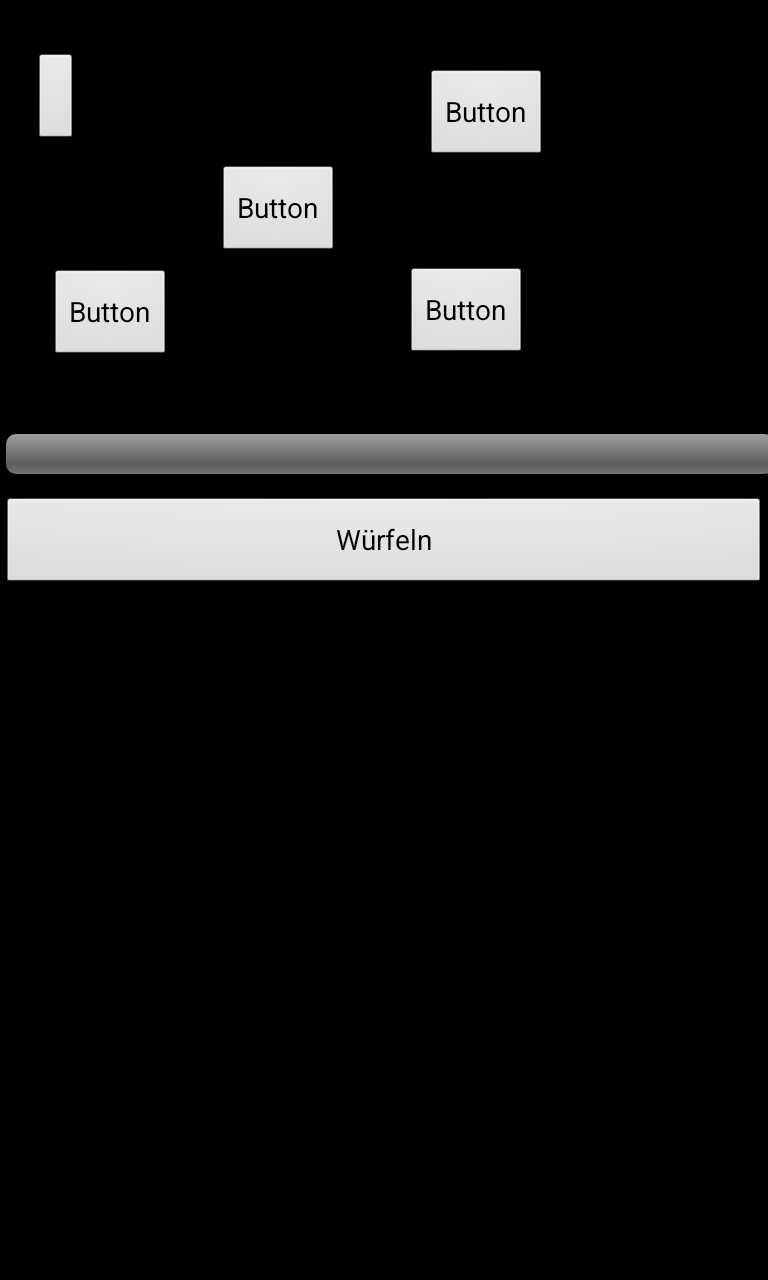
Repository: Lemkerene/App
Layout: kniffel/res/layout/wurfel.xml
The author's editor kept a copy of each file at every save. The layout is drawn from the files as they stood at one save, then again after the next save.
It is drawn on a 768 x 1280 px phone screen (xhdpi) without system bars, with theme android:Theme; the app's code is not run.

Above is the layout before, as saved 2012-08-01 11:47:56.

### kniffel/res/layout/wurfel.xml
<?xml version="1.0" encoding="utf-8"?>
<AbsoluteLayout xmlns:android="http://schemas.android.com/apk/res/android"
    android:id="@+id/AbsoluteLayout1"
    android:layout_width="fill_parent"
    android:layout_height="fill_parent" >

    <Button
        android:id="@+id/button3"
        android:layout_width="wrap_content"
        android:layout_height="wrap_content"
        android:layout_x="24dp"
        android:layout_y="134dp"
        android:text="Button" />

    <ProgressBar
        android:id="@+id/progressBar1"
        style="?android:attr/progressBarStyleHorizontal"
        android:layout_width="match_parent"
        android:layout_height="wrap_content"
        android:layout_x="3dp"
        android:layout_y="217dp" />

    <Button
        android:id="@+id/button4"
        android:layout_width="wrap_content"
        android:layout_height="wrap_content"
        android:layout_x="202dp"
        android:layout_y="133dp"
        android:text="Button" />

    <Button
        android:id="@+id/button5"
        android:layout_width="wrap_content"
        android:layout_height="wrap_content"
        android:layout_x="108dp"
        android:layout_y="82dp"
        android:text="Button" />

    <Button
        android:id="@+id/button2"
        android:layout_width="wrap_content"
        android:layout_height="wrap_content"
        android:layout_x="212dp"
        android:layout_y="34dp"
        android:text="Button" />

    <Button
        android:id="wu1"
        android:layout_width="wrap_content"
        android:layout_height="wrap_content"
        android:layout_x="16dp"
        android:layout_y="26dp"/>


    <Button
        android:id="@+id/button6"
        android:layout_width="match_parent"
        android:layout_height="wrap_content"
        android:layout_x="0dp"
        android:layout_y="248dp"
        android:onClick="OnClickW"
        android:text="@string/wurf" />

</AbsoluteLayout>

### kniffel/res/values/strings.xml
<?xml version="1.0" encoding="utf-8"?>
<resources>

    <string name="hello">Hello World, KniffelActivity!</string>
    <string name="app_name">Kniffel</string>
    <color name="myColor">#ff0000</color>

    <string name="einer">Einer</string>
    <string name="zweier">Zweier</string>
    <string name="dreier">Dreier</string>
    <string name="vierer">Vierer</string>
    <string name="funfer">Fünferer</string>
    <string name="sechser">Sechser</string>

    <string name="dreierpasch">Dreier Pasch</string>
    <string name="viererpasch">Vierer Pasch</string>
    <string name="fullhouse">Fullhouse</string>
    <string name="kleinestr">Kleine Strasse</string>
    <string name="grostr">Große Strasse</string>
    <string name="kniffel">Kniffel</string>
    <string name="chance">Chance</string>

    <string name="gesoben">Gesamt Oben</string>
    <string name="gesoben2">Gesamt Oben mit Bonus</string>
    <string name="gesunten">Gesamt Unten</string>
    <string name="ges">Gesamt</string>
    <string name="bon">Bonus</string>
    <string name="wurf">Würfeln</string>




</resources>

After the next save:
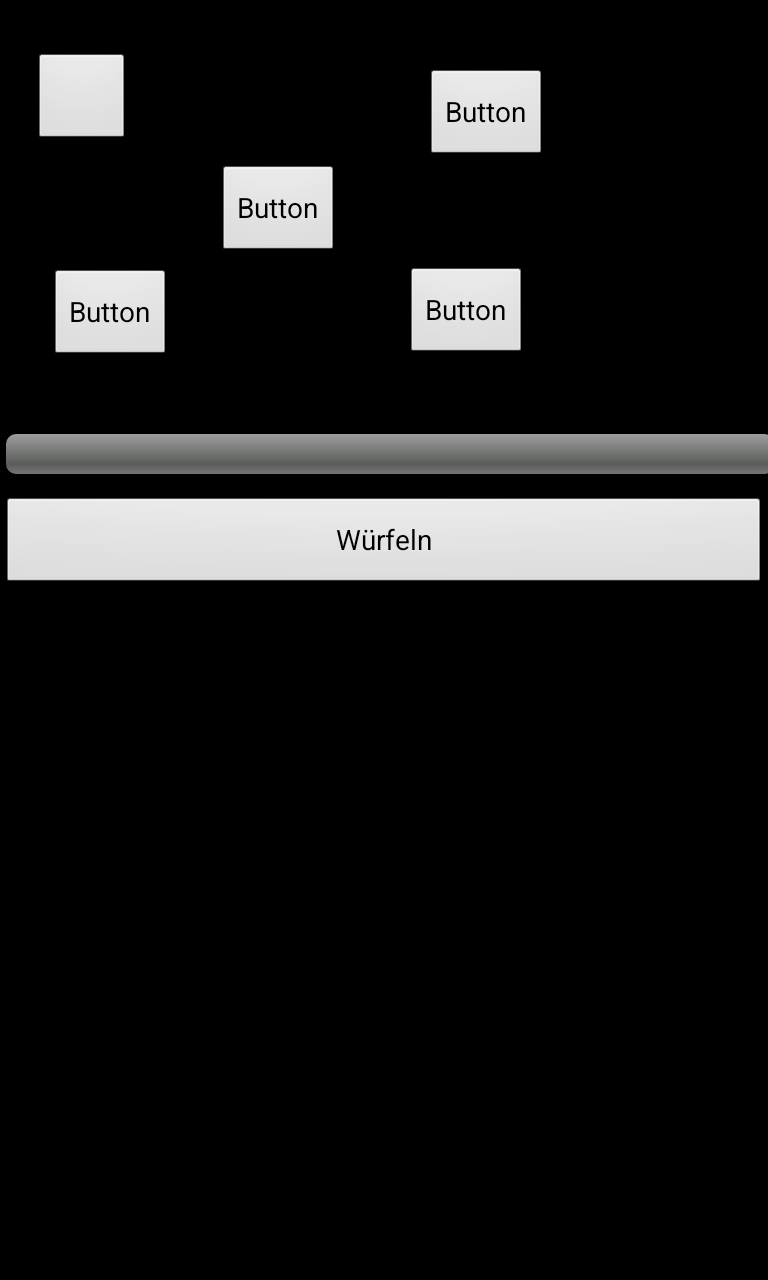
Saved 3 min 26 s later.
--- a/kniffel/res/layout/wurfel.xml
+++ b/kniffel/res/layout/wurfel.xml
@@ -44,12 +44,15 @@
         android:layout_y="34dp"
         android:text="Button" />
 
+
+
+
     <Button
-        android:id="wu1"
-        android:layout_width="wrap_content"
+        android:id="@+id/wu1"
+        android:layout_width="50dp"
         android:layout_height="wrap_content"
         android:layout_x="16dp"
-        android:layout_y="26dp"/>
+        android:layout_y="26dp" />
 
 
     <Button
